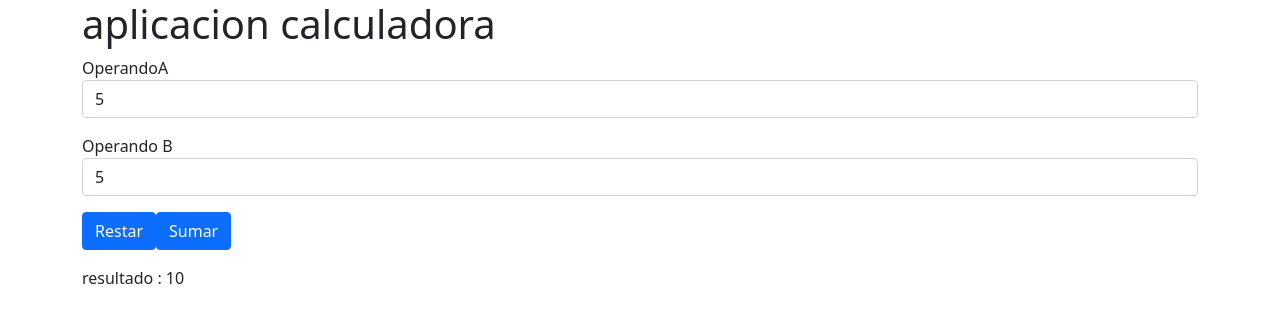
Repository: iwinser117/dw
Page: javascript udemy 43/ejercices/calculadora/index.html
The author's editor kept a copy of each file at every save. The page is drawn from the files as they stood at one save, then again after a run of saves.
The browser window is 1280 px wide. The pictures show the whole page.
Empty fields were first filled with sample values (such as "Sample", 5 or name@example.com).
After loading, the first visible `button[onclick="sumar()"]` was clicked once.

Above is the page before, as saved 2022-10-02 12:07:32.

### javascript udemy 43/ejercices/calculadora/index.html
<!doctype html>
<html>

<head>
    <meta charset="utf-8">
    <meta name="viewport" content="width=device-width, initial-scale=1">
    <link href="https://cdn.jsdelivr.net/npm/bootstrap@5.1.3/dist/css/bootstrap.min.css" rel="stylesheet"
        integrity="sha384-1BmE4kWBq78iYhFldvKuhfTAU6auU8tT94WrHftjDbrCEXSU1oBoqyl2QvZ6jIW3" crossorigin="anonymous">

    <title>aplicacion calculadora</title>
</head>

<body>
    <div class="container">
        <h1 class="display-3s">aplicacion calculadora</h1>

        <form id="forma">
            <div class="mb-3">
                <label for="operandoA">OperandoA</label>
                <input type="number"  class="form-control" id="operandoA" placeholder="escribe operando A">
            </div>
            <div class="mb-3">
                <label for="operandoB">Operando B</label>
                <input type="number" class="form-control" placeholder="escribe operando B" id="operandoB">
            </div>


    </form>

    <div class="btn-fcn" style="display:flex">
        <button class="btn btn-primary mb-3" onclick="restar()">Restar</button>


    <button class="btn btn-primary mb-3" onclick="sumar()">Sumar</button>

    </div>

    <div id="resultadoResta"></div>
    <div id="resultado"></div>

    </div>
    </div>


    <script src="https://cdn.jsdelivr.net/npm/bootstrap@5.1.3/dist/js/bootstrap.bundle.min.js"
        integrity="sha384-ka7Sk0Gln4gmtz2MlQnikT1wXgYsOg+OMhuP+IlRH9sENBO0LRn5q+8nbTov4+1p"
        crossorigin="anonymous"></script>
    <script src="js/app.js"></script>
</body>

</html>

### javascript udemy 43/ejercices/calculadora/js/app.js

function sumar(){
    const forma = document.getElementById(`forma`);
    let operandoA = forma[`operandoA`];
    let operandoB = forma[`operandoB`];
    let resultado = parseInt(operandoA.value) + parseInt(operandoB.value);
    if (isNaN(resultado))
        resultado = `la operacion le faltan numeros`;
    document.getElementById(`resultado`).innerHTML = `resultado : ${resultado}`;
    console.log(`resultado de la suma es : ${resultado}`);
}



function restar(){
    const forma = document.getElementById(`forma`);
    let operandoA = forma[`operandoA`];
    let operandoB = forma[`operandoB`];
    let resultadoResta = parseInt(operandoA.value) - parseInt(operandoB.value);
    if (isNaN(resultadoResta))
        resultadoResta = `la operacion le faltan numeros`;
    document.getElementById(`resultadoResta`).innerHTML = `resultado de la resta es : ${resultadoResta}`;
    console.log(`resultado de la resta es : ${resultadoResta}`);
}

After the next 2 saves:
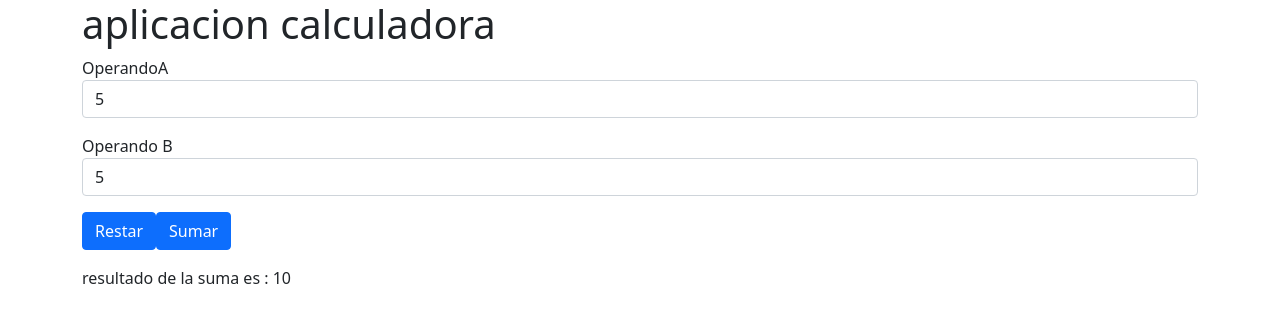
The 2 saves are shown as one change because they came seconds apart.
The last was saved 8 s later.
--- a/javascript udemy 43/ejercices/calculadora/js/app.js
+++ b/javascript udemy 43/ejercices/calculadora/js/app.js
@@ -6,7 +6,7 @@ function sumar(){
     let resultado = parseInt(operandoA.value) + parseInt(operandoB.value);
     if (isNaN(resultado))
         resultado = `la operacion le faltan numeros`;
-    document.getElementById(`resultado`).innerHTML = `resultado : ${resultado}`;
+    document.getElementById(`resultado`).innerHTML = `resultado de la suma es : ${resultado}`;
     console.log(`resultado de la suma es : ${resultado}`);
 }
 
